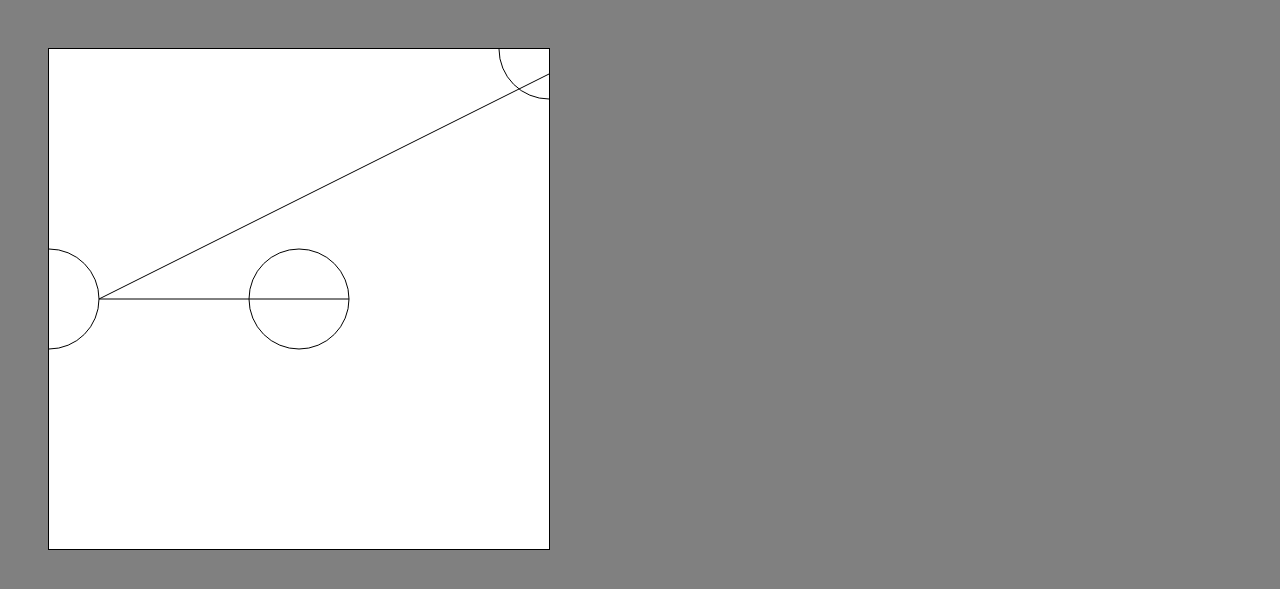
Repository: albinsabu2023/Stopwatch-program
Page: index.html
An editor plug-in stored every save of this project. The page is shown before and after the next save, followed by the edit.
The browser window is 1280 px wide. The pictures show the whole page.

Above is the page before, as saved 2023-03-03 22:18:10.

### index.html
<!DOCTYPE html>

<head>
    <meta charset="UTF-8">
    <meta http-equiv="X-UA-Compatible" content="IE=edge">
    <meta name="viewport" content="width=device-width, initial-scale=1.0">
    <link rel="stylesheet" href="style.css">
    <title>Document</title>
</head>

   <canvas id ="canvas" width="500" height="500"></canvas>
    <script src="index.js"></script>
</body>
</html>

### style.css
body{
color:white;
background-color: gray;
}

#canvas{
    border:1px solid black;
    background-color: white;
    margin: 40px;

}

### index.js
//canvas api

//DRAW LINES
// let can = document.getElementById("canvas");
// let context = can.getContext("2d");
// context.lineWidth = 10;
// context.strokeStyle = "purple";
// context.beginPath();
// context.moveTo(0, 0);
// context.lineTo(250, 250);
// context.lineTo(500, 0);
// context.moveTo(250, 250);
// context.lineTo(250, 500);

// context.stroke();

//DRAW TRIANGLE
//  <canvas id="canvas" width="500" height="500"></canvas>;
// let can = document.getElementById("canvas");
// let context = can.getContext("2d");
// context.beginPath();
// context.lineWidth = 2;
// context.moveTo(0, 250);
// context.lineTo(250, 0);
// context.lineTo(500, 250);
// context.lineTo(250, 250);
// context.lineTo(0, 250);
// context.fillStyle = "red";
// context.fill();
// context.stroke();

//DRAW RETANGLE
//  <canvas id="canvas" width="500" height="500"></canvas>;
// let can = document.getElementById("canvas");
// let context = can.getContext("2d");
// context.strokeRect(0, 0, 250, 250);

//DRAW CIRCLE

let can = document.getElementById("canvas");
//context.arc(startcord x,startcord y,radius,start angle,end angle,)

let context = can.getContext("2d");
context.arc(250, 250, 50, 0, 2 * Math.PI);
context.arc(0, 250, 50, 0, 2 * Math.PI);
context.arc(500, 0, 50, 0, 2 * Math.PI);
context.stroke();

After the next save:
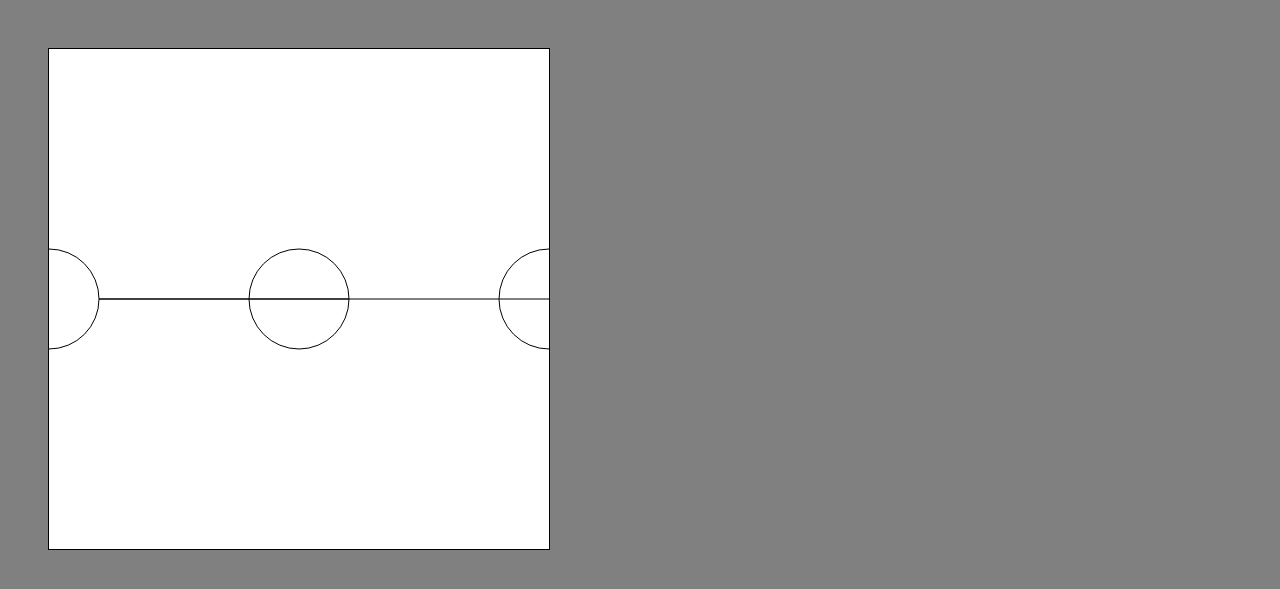
Saved 5 s later.
--- a/index.js
+++ b/index.js
@@ -43,5 +43,5 @@ let can = document.getElementById("canvas");
 let context = can.getContext("2d");
 context.arc(250, 250, 50, 0, 2 * Math.PI);
 context.arc(0, 250, 50, 0, 2 * Math.PI);
-context.arc(500, 0, 50, 0, 2 * Math.PI);
+context.arc(500, 250, 50, 0, 2 * Math.PI);
 context.stroke();
